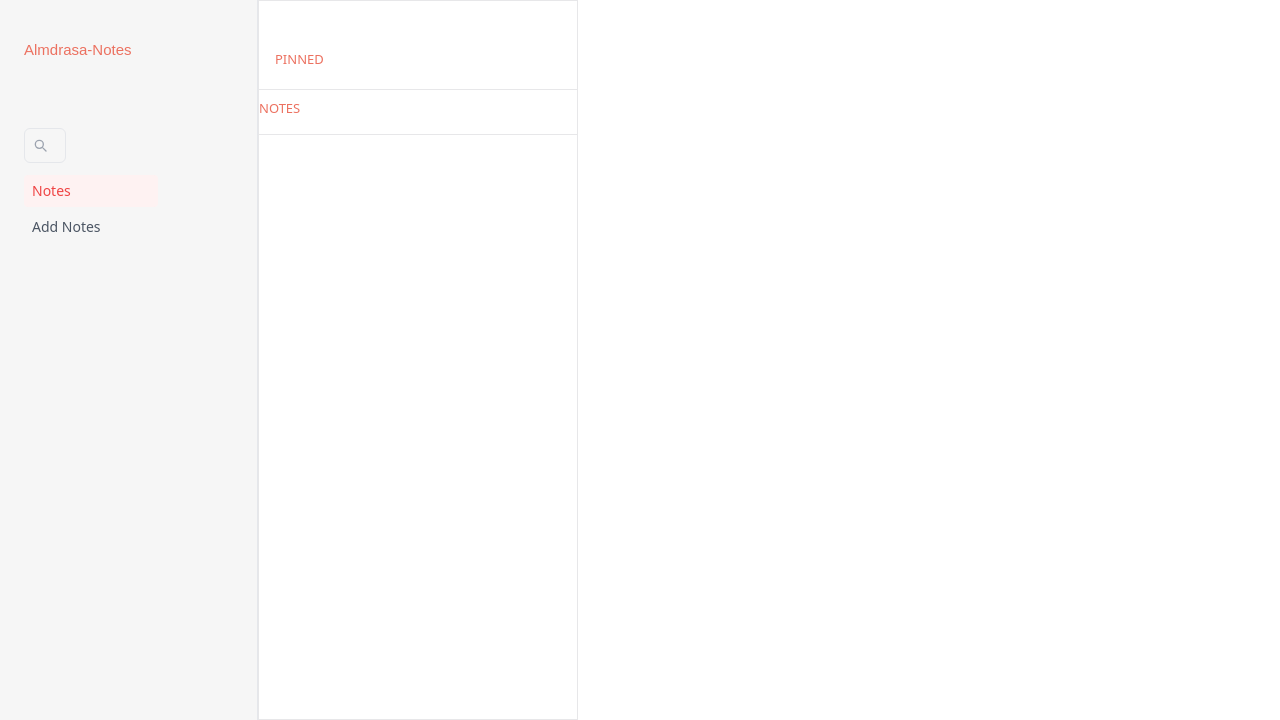
Repository: wafaa399/Note-App
Page: index.html
These files come from the project's save history. The page is drawn as it stood at one moment and after the next save; the edit follows.
The browser window is 1280 px wide. The pictures show the whole page.
Some web fonts or font styles are not loaded; a fallback is used. Some web libraries are served in a nearby version.

Above is the page before, as saved 2026-07-17 23:48:45.

After the next save:
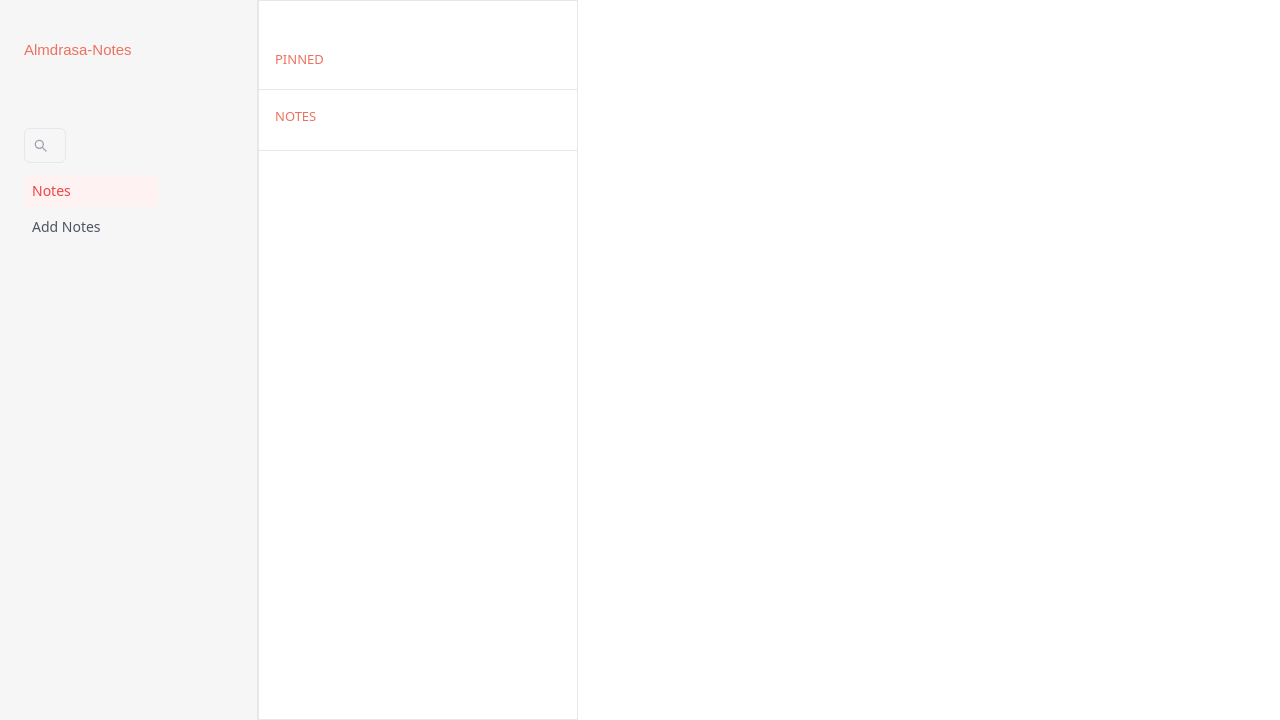
Saved 3 min 36 s later.
--- a/index.html
+++ b/index.html
@@ -105,7 +105,7 @@
 
           <div class="mt-5">
             <div class="-mx-4 border-y border-[#E7E7E9] py-2">
-              <p class="text-[0.8125rem] font-normal f mb-2">NOTES</p>
+              <p class="px-4 py-2 text-[0.8125rem] font-normal f mb-2">NOTES</p>
             </div>
 
             <div id="notesList" class="space-y-1"></div>
